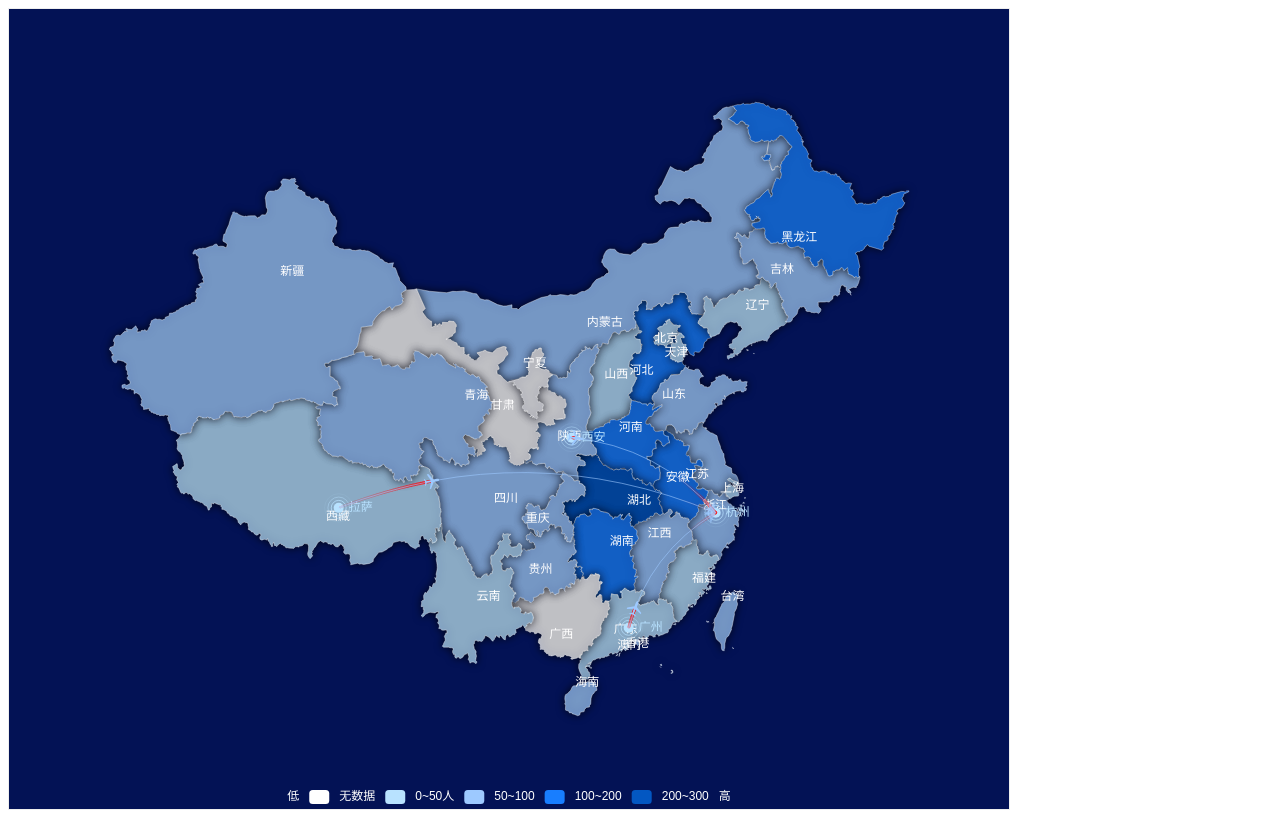
Repository: 572031690/echartssimple
Page: 21.地图常见效果_地图和散点图结合.html
The author's editor kept a copy of each file at every save. The page is drawn from the files as they stood at one save, then again after the next save.
The browser window is 1280 px wide. The pictures show the whole page.

Above is the page before, as saved 2021-08-11 17:51:22.

### 21.地图常见效果_地图和散点图结合.html
<!DOCTYPE html>
<html lang="en">

<head>
  <meta charset="UTF-8">
  <meta name="viewport" content="width=device-width, initial-scale=1.0">
  <meta http-equiv="X-UA-Compatible" content="ie=edge">
  <title>Document</title>
  <script src="lib/echarts.min.js"></script>
  <script src="lib/jquery.min.js"></script>
</head>

<body>
  <div style="width: 1000px;height:800px;background-color:#031255;border: 1px solid #eee;"></div>

  <script>
    //1. 给series下增加一个新的对象
    //2. 准备数据散点数据  , 配置给series下的另外一个对象
    //3. 配置series下的新对象的type值为effectScatter
    //4. 指明散点图的坐标系统为geo
    //5. 调整涟漪动画效果
    var airData = [
      { name: '北京', value: 39.92,count: 35 },
      { name: '天津', value: 39.13,count: 35 },
      { name: '上海', value: 31.22,count: 35 },
      { name: '重庆', value: 66,count: 35 },
      { name: '河北', value: 147,count: 35 },
      { name: '河南', value: 113,count: 35 },
      { name: '云南', value: 25.04,count: 35 },
      { name: '辽宁', value: 50,count: 35 },
      { name: '黑龙江', value: 114,count: 35 },
      { name: '湖南', value: 175,count: 35 },
      { name: '安徽', value: 117,count: 35 },
      { name: '山东', value: 92,count: 35 },
      { name: '新疆', value: 84,count: 35 },
      { name: '江苏', value: 67,count: 35 },
      { name: '浙江', value: 84,count: 35 },
      { name: '江西', value: 96,count: 35 },
      { name: '湖北', value: 273,count: 35 },
      { name: '广西', value: 0,count: 35 },
      { name: '甘肃', value: 0,count: 35 },
      { name: '山西', value: 39,count: 35 },
      { name: '内蒙古', value: 58,count: 35 },
      { name: '陕西', value: 61,count: 35 },
      { name: '吉林', value: 51,count: 35 },
      { name: '福建', value: 29,count: 35 },
      { name: '贵州', value: 71,count: 35 },
      { name: '广东', value: 38,count: 35 },
      { name: '青海', value: 57,count: 35 },
      { name: '西藏', value: 24 ,count: 35},
      { name: '四川', value: 58,count: 35 },
      { name: '宁夏', value: 0 ,count: 35},
      { name: '海南', value: 54,count: 35 },
      { name: '台湾', value: 88,count: 35 },
      { name: '香港', value: 66,count: 35 },
      { name: '澳门', value: 77,count: 35 },
      { name: '南海诸岛', value: 55 ,count: 35}
    ]
    var scatterData = [
      {
        value: [120.213042, 29.86119]
      }
    ]
    var labelFormatter = [
      {name: '杭州', matter: '公司总部：杭州钢材科技公司'},
      {name: '拉萨', matter: '钢材公司1'},
      {name: '广州', matter: '钢材公司2'},
      {name: '西安', matter: '钢材公司3'}

    ]

    var lineSc = [
      {coords:[[91.1865, 30.1465],[120.213042, 29.86119]],fromName:"拉萨",toName:"杭州",value:100},
      {coords:[[113.5107, 23.2196],[120.213042, 29.86119]],fromName:"广州",toName:"杭州",value:100},
      {coords:[[109.1162, 34.2004],[120.213042, 29.86119]],fromName:"西安",toName:"杭州",value:100}
    ]
    var planePath =
                "path://M1705.06,1318.313v-89.254l-319.9-221.799l0.073-208.063c0.521-84.662-26.629-121.796-63.961-121.491c-37.332-0.305-64.482,36.829-63.961,121.491l0.073,208.063l-319.9,221.799v89.254l330.343-157.288l12.238,241.308l-134.449,92.931l0.531,42.034l175.125-42.917l175.125,42.917l0.531-42.034l-134.449-92.931l12.238-241.308L1705.06,1318.313z";
    var mCharts = echarts.init(document.querySelector("div"))
    $.get('json/map/china.json', function (ret) {
      // ret 就是中国的各个省份的矢量地图数据
      console.log(ret)
      echarts.registerMap('chinaMap', ret)
      var option = {
        tooltip: {//鼠标一上去的信息框
          trigger: 'item'
        },
        geo: {
          type: 'map',
          map: 'chinaMap', // chinaMap需要和registerMap中的第一个参数保持一致
          roam: true, // 设置允许缩放以及拖动的效果
          label: {
            show: true, // 展示标签
            textStyle: {
              fontSize: 12,
              textWeight:900,
              color: 'white'
            }
          },
          itemStyle: {
            normal: {
              areaColor: '#416cbb',//地图区域的颜色。
              borderColor: '#fff',//图形的描边颜色。支持的颜色格式同 color，不支持回调函数。
              shadowColor: 'black',//阴影颜色。#41587f
              shadowBlur: 8,//图形阴影的模糊大小。
              opacity: 0.75//图形透明度
            },
            emphasis: {
              areaColor: '#fdd145',
            }
          }
        },
        series: [
          { // 地图数据
            data: airData,
            geoIndex: 0, // 将空气质量的数据和第0个geo配置关联在一起
            type: 'map',
            tooltip: {
              textStyle: {
                fontSize:10,
              },
              // 利用formatter来自定义tooltip展示的数据
              formatter: function (params,ticket,callback) {
                if (params.value) {
                  return params.name+'<br/>成交量：' + params.value + '单<br/>' + '平均标签价格：' + airData[params.dataIndex].count + '元<br/>'
                } else {
                    callback()
                }
              }
            }
          },
          { // 动态红线
            name: " 杭州 Top3",
            type: "lines",
            zlevel: 1, // zlevel 大的 Canvas 会放在 zlevel 小的 Canvas 的上面。
            effect: {
              show: true,
              period: 4, // 动画的快慢
              trailLength: 0.7, // 红线的宽度
              color: "red", //arrow箭头的颜色
              symbolSize: 3 // 红线的宽度
            },
            lineStyle: {
              color: '#46bee9',
              width: 0,
              curveness: 0.2 // 弯曲度
            },
            data:lineSc,

          },
          { // 箭头线
            name: " 杭州 Top3",
            type: "lines",
            zlevel: 2,
            symbol: ["none", "arrow"],
            symbolSize: 10,
            effect: {
              show: true,
              period: 4,
              trailLength: 0,
              symbol: planePath,
              symbolSize: 15
            },
            lineStyle: {
              normal: {
                color: '#46bee9',
                width: 1,
                opacity: 0.6,
                curveness: 0.2
              }
            },
            data: lineSc,
            tooltip: {
              textStyle: {
                fontSize:10,
              },
              // 利用formatter来自定义tooltip展示的数据
              formatter: function (params,ticket,callback) {
                console.log(params);
                  return params.data.fromName+'采购：<br/> 木材：'+ params.data.value + '万吨'
              }
            }
          },
          { // 散点数据
            name:'杭州',
            data: [[120.213042, 29.86119],[91.1865, 30.1465],[113.5107, 23.2196],[109.1162, 34.2004]], // 配置散点的坐标数据
            type: 'effectScatter',
            coordinateSystem: 'geo', // 指明散点使用的坐标系统  geo的坐标系统
            rippleEffect: {
              scale: 3, // 设置涟漪动画的缩放比例
              brushType: "stroke"
            },
            label: {
              normal: {
                show: true,
                position: "right",
                formatter: function (params,ticket,callback) {
                  return labelFormatter[params.dataIndex].name
                }
              }
            },
            itemStyle: {
              normal: {
                color: '#46bee9'
              },
              emphasis: {
                areaColor: "#2B91B7"
              }
            },
            tooltip: {
              textStyle: {
                fontSize:10,
              },
              // 利用formatter来自定义tooltip展示的数据
              formatter: function (params,ticket,callback) {
                return labelFormatter[params.dataIndex].matter
              }

            }
          }
        ],
        visualMap: { // 渐变分层显示
          // type: 'continuous',   // 连续渐变
          type: 'piecewise',  // 分层
          min: 0,
          max: 300,
          text: ['高', '低'],//两端的文本，如 ['High', 'Low']
          showLabel:true,           //是否显示每项的文本标签
          orient:"horizontal",     //图例排列方向 水平horizontal 垂直vertical
          left:"center",
          indicatorStyle: {
            borderColor:'red',
            borderWidth: 1,
          },
          textStyle: {//设置文字颜色（Demo左下组件）
            color: 'white',
            fontSize:12
          },
          // inRange: {
          //   color: ['#B8E2FF','#9DC9FF','#6CADFF','#187EFF', '#0357C2'] // 控制颜色渐变的范围
          // },

          pieces: [
          // 自定义『分段式视觉映射组件（visualMapPiecewise）』的每一段的范围，以及每一段的文字，以及每一段的特别的样式
            { gt: 200, lte: 300, label: "200~300", color: "#0357C2" }, // (500, 900]
            { gt: 100, lte: 200, label: "100~200", color: "#187EFF" }, // (310, 500]
            { gt: 50, lte: 100, label: "50~100", color: "#9DC9FF" }, // (200, 300]
            { gt: 0, lte: 50, label: "0~50人", color: "#B8E2FF" }, // (10, 200]
            { value:0, label: "无数据", color: "#fff" } // [0]
          ],

          // calculable: true // 出现滑块
        }
      }
      mCharts.setOption(option)
    })

  </script>
</body>

</html>

Loaded but not shown: lib/echarts.min.js (library); lib/jquery.min.js (library); json/map/china.json (common file)

After the next save:
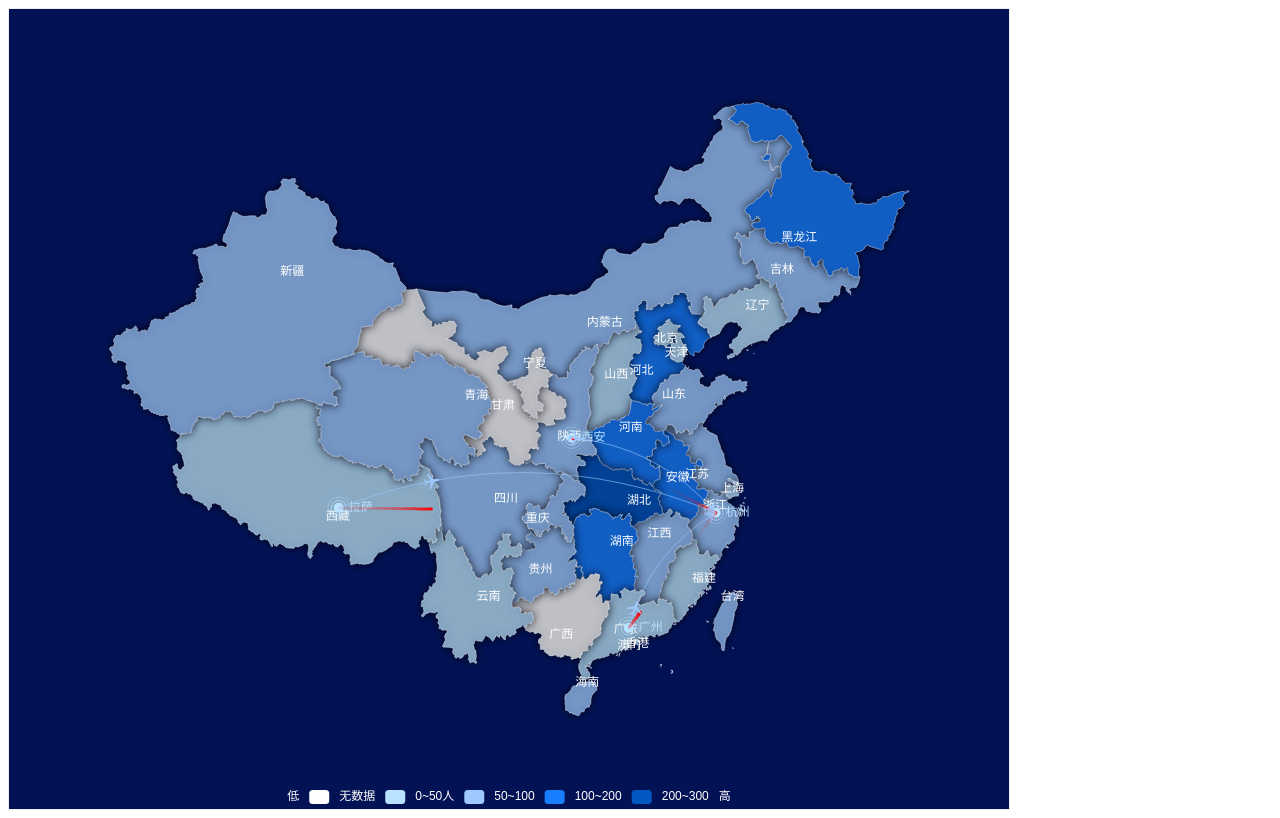
Saved 7 s later.
--- a/21.地图常见效果_地图和散点图结合.html
+++ b/21.地图常见效果_地图和散点图结合.html
@@ -143,7 +143,7 @@
             lineStyle: {
               color: '#46bee9',
               width: 0,
-              curveness: 0.2 // 弯曲度
+              // curveness: 0.2 // 弯曲度
             },
             data:lineSc,
 
